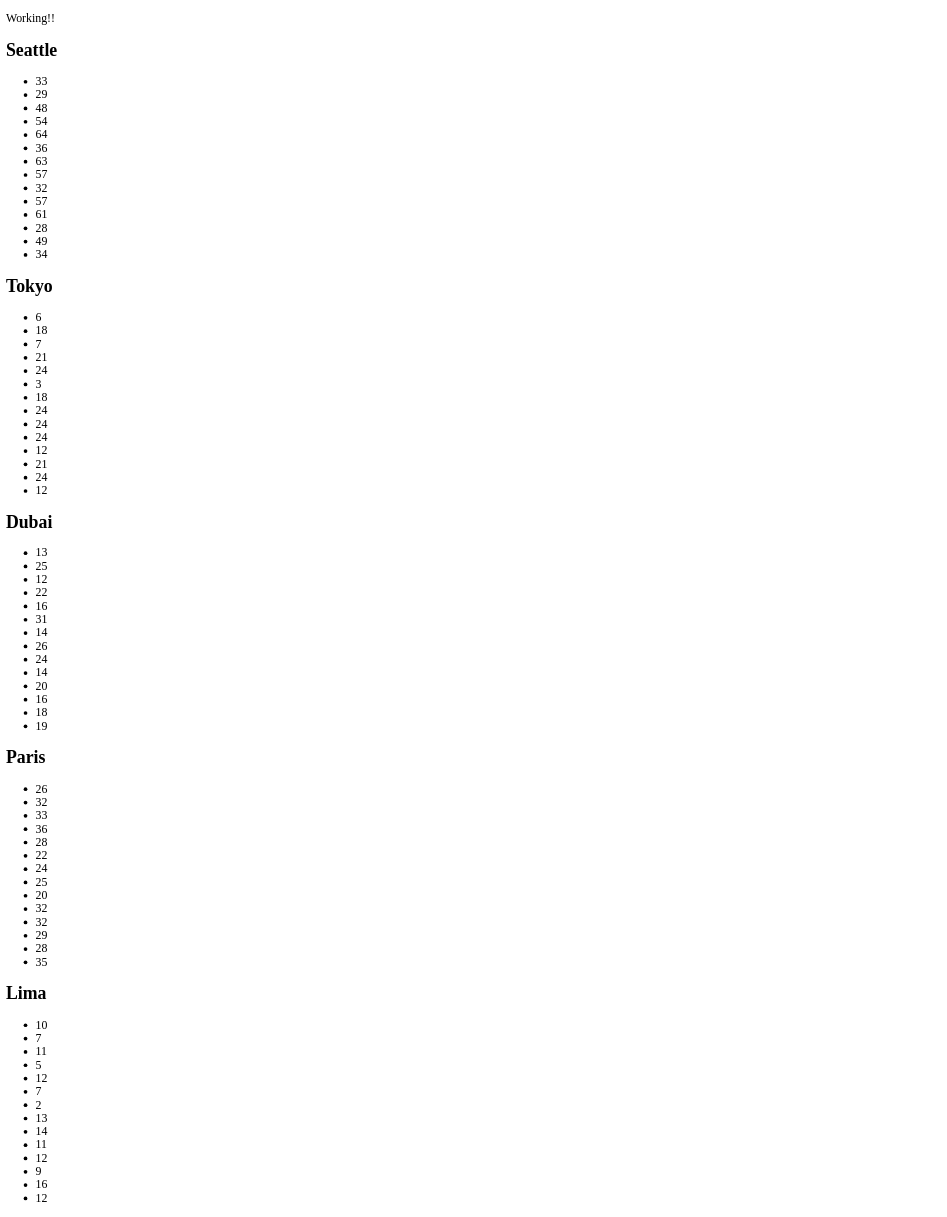
Repository: aaron1986/cookie_stand
Page: sales.html
These files come from the project's save history. The page is drawn as it stood at one moment and after the next save; the edit follows.
The browser window is 1280 px wide. The pictures show the whole page, at 74% of full size.

Above is the page before, as saved 2023-09-25 20:20:53.

After the next save:
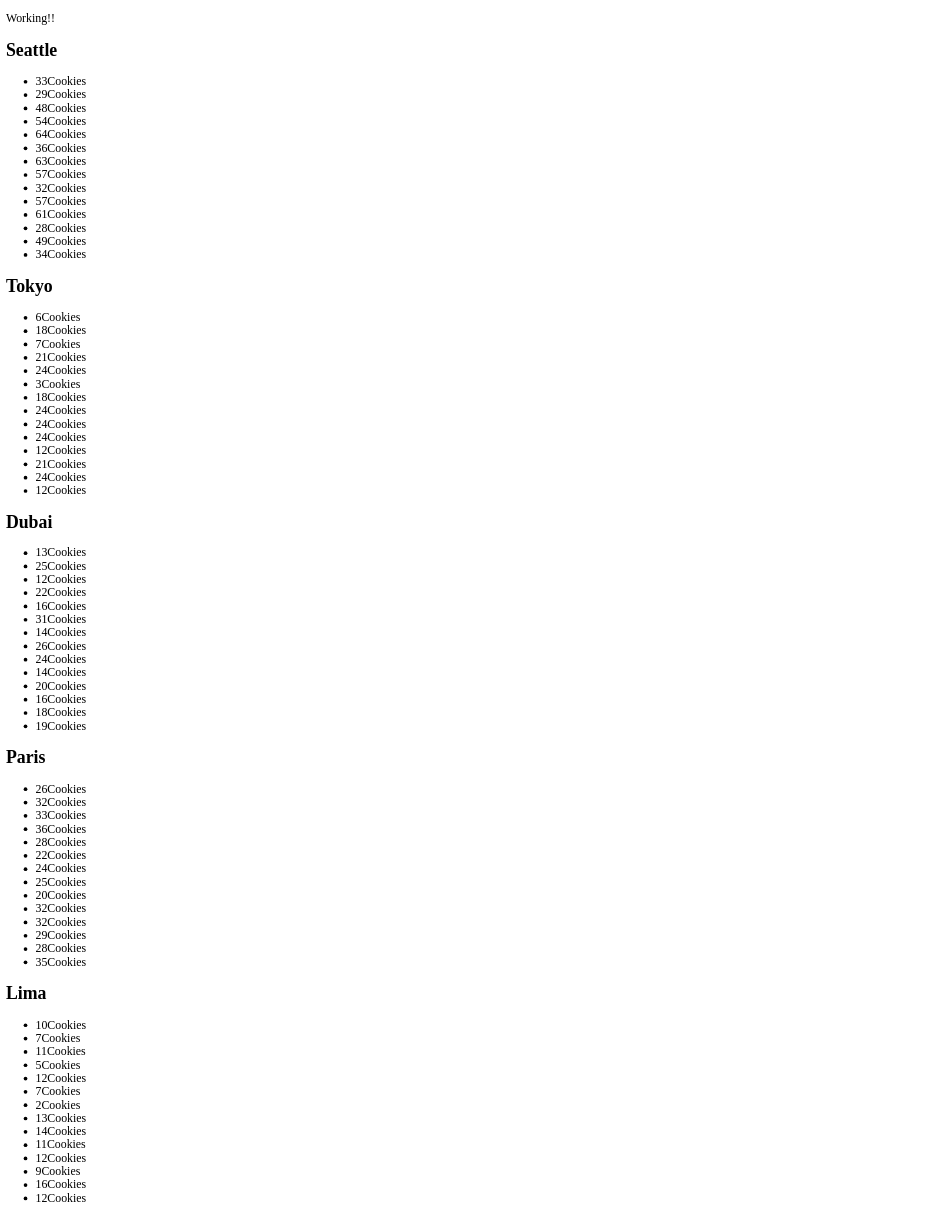
Saved 12 h 9 min later.
--- a/app.js
+++ b/app.js
@@ -186,7 +186,7 @@ function createShopLocation(locationData) {
     const ul = document.createElement("ul");
     for(let i = 0; i < locationData.customersPerHour.length; i++) {
         const li = document.createElement("li");
-        li.textContent = locationData.customersPerHour[i];
+        li.textContent = locationData.customersPerHour[i] + "Cookies";
         ul.appendChild(li);
     }
 
